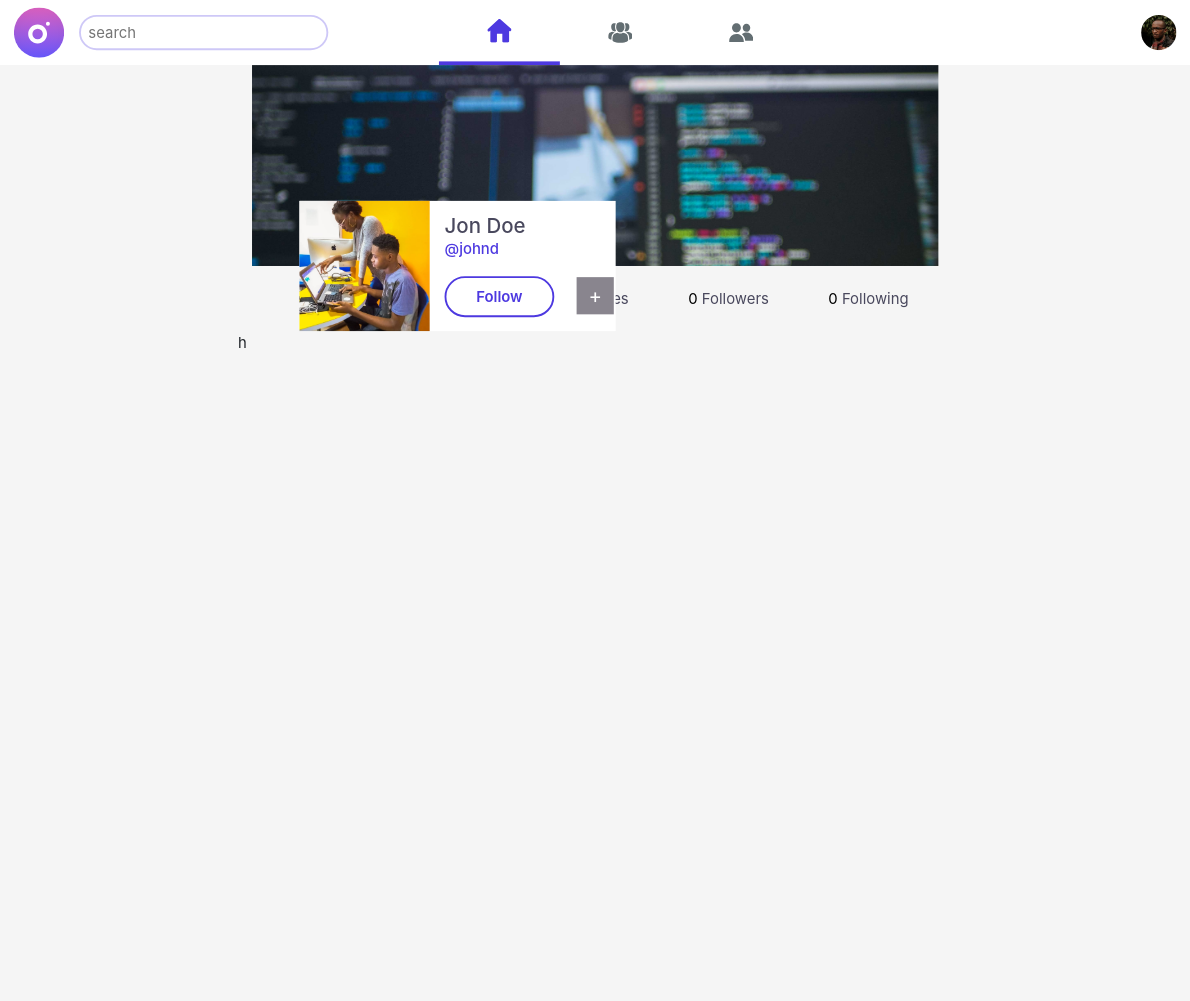
Repository: Flovet-stack/memic
Page: admin-profile.html
These files come from the project's save history. The page is drawn as it stood at one moment and after a run of saves; the edit follows.
The browser window is 1280 px wide. The pictures show the whole page, at 93% of full size.
Some web fonts or font styles are not loaded; a fallback is used.

Above is the page before, as saved 2020-10-28 00:01:59.
Console error: TypeError: Cannot read properties of undefined (reading 'fn')

### admin-profile.html
<!DOCTYPE html>
<html lang="en">
<head>
    <meta charset="UTF-8">
    <meta name="viewport" content="width=device-width, initial-scale=1.0">
    <link rel="icon" type="image/png" sizes="32x32" href="assets/images/faceit.svg">
    <!-- custom styles -->
    <link rel="stylesheet" href="css/home.css">
    <link rel="stylesheet" href="css/admin-profile.css">

    <!-- custom fonts -->
    <link rel="stylesheet" href="/usr/share/fonts/opentype/malayalam/Manjari-Regular.otf">

    <!-- bootstrap css styles -->
    <link rel="stylesheet" href="dist/css/bootstrap.min.css">
    <title>memes | Home</title>
</head>
<body>
    <!-- start of the home page design template -->

    <!-- start of the head section of the page -->
    <div class="home-head container-fluid">
        <div class="row">
            <div class="home-head-sec-1">
                <div class="logo"><img src="assets/images/faceit.svg" alt=""></div>
                <form>
                    <input data-toggle="tooltip" title="search" type="text" name="" id="" placeholder="search">
                </form>
            </div>
            <div class="home-head-sec-2">
                <a data-toggle="tooltip" title="Home" class="active" href="#">
                    <img class="primary-icon" src="assets/icons/house.svg" alt="">
                    <img class="secondary-icon" src="assets/icons/house-primary.svg" alt="">
                </a>
                <a data-toggle="tooltip" title="Groups" href="#">
                    <img class="primary-icon" src="assets/icons/user-group.svg" alt="">
                    <img class="secondary-icon" src="assets/icons/user-group-primary.svg" alt="">
                </a>
                <a data-toggle="tooltip" title="Friends" href="#">
                    <img class="primary-icon" src="assets/icons/friends.svg" alt="">
                    <img class="secondary-icon" src="assets/icons/friends-primary.svg" alt="">
                </a>
            </div>
            <div class="home-head-sec-3">
                <div class="user-menu">
                    <img src="assets/images/avatar.jpg" alt="">
                </div>
            </div>
        </div>
    </div>
    <!-- end of the head section of the page -->
    <!-- start of the body section of the page -->
    <div class="home-body container-fluid">
        <div class="row">
            <div class="home-center">
                <div class="container-fluid">
                    <div class="profile-card">
                        <div class="profile-cover" style="background: url(assets/images/kevin-ku-w7ZyuGYNpRQ-unsplash.jpg);">
                            <div class="profile-info">
                                <div class="profile-info-pic"><img src="assets/images/Pic.jpg" alt=""></div>
                                <div class="profile-info-details">
                                    <h3>Jon Doe</h3>
                                    <h5>@johnd</h5>
                                    <button class="follow-btn">Follow</button>
                                </div>
                            </div>
                            <button class="change-cover-btn">+</button>
                        </div>
                    <div class="profile-stat">
                        <div class="profile-stat-sub">
                            <div class="static-stat">
                                <span class="stat-value">0</span>
                                <span class="stat-name">Likes</span>
                            </div>
                            <div class="static-stat">
                                <span class="stat-value">0</span>
                                <span class="stat-name">Memes</span>
                            </div>
                            <div class="dynamic-stat">
                                <span class="stat-value">0</span>
                                <span class="stat-name">Followers</span>
                            </div>
                            <div class="dynamic-stat">
                                <span class="stat-value">0</span>
                                <span class="stat-name">Following</span>
                            </div>
                        </div>
                    </div>
                    </div>
                </div>
                <div style="height: 100vh;">h</div>
            </div>
        </div>
    </div>
    <!-- end of the head section of the page -->

    <!-- end of the home page design template -->

    <script src="dist/js/bootstrap.min.js"></script>
    <script src="https://code.jquery.com/jquery-3.5.1.slim.min.js"
        integrity="sha384-DfXdz2htPH0lsSSs5nCTpuj/zy4C+OGpamoFVy38MVBnE+IbbVYUew+OrCXaRkfj"
        crossorigin="anonymous"></script>
</body>
</html>

### css/admin-profile.css
.profile-card {
    width: 100%;
    height: auto;
}
.profile-cover {
    width: 100%;
    height: 30vh;
    background-color: blue;
    background-size: 100% !important;
    background-position: scroll !important;
}
.profile-info {
    width: 340px;
    height: 140px;
    background-color: var(--white);
    position: relative;
    top: 100%;
    transform: translate(15%, -50%);
    display: flex;
    /* border-radius: 70px; */
    /* border-top-right-radius: 70px;
    border-bottom-right-radius: 70px; */
}
.profile-info-pic {
    width: 140px;
    height: 140px;
    background-color: var(--secondary-color);
}
.profile-info-pic img {
    width: 100%;
    height: 100%;
    /* border-top-right-radius: var(--circular-radius);
    border-bottom-right-radius: var(--circular-radius); */
}
.profile-info-details {
    padding: var(--padding-2);
}
.profile-info-details h3 {
    color:var(--text-color);
    font-size: var(--font-size-4);
    line-height: 1;
}
.profile-info-details h5 {
    color:var(--secondary-color);
    font-size: var(--font-size-1);
    line-height: .7;
}
.profile-info-details .follow-btn {
    margin-top: var(--padding-2);
}
.change-cover-btn {
    width: 40px;
    height: 40px;
    position: relative;
    transform: translate(-50%, -50%);
    left: 50%;
    top: 50%;
    border: none;
    background-color: var(--dark-overlay);
    color: var(--white);
    font-size: 22px;
    transition-duration: var(--duration);
    outline: none !important;
}
.change-cover-btn:hover {
    background-color: #000;
    transition-duration: var(--duration);
}
.profile-stat {
    width: 100%;
    height: 70px;
    display: grid;
    align-items: center;
    justify-items: flex-end;
}
.profile-stat-sub {
    width: auto;
    height: auto;
    display: flex;
}
.profile-stat-sub div {
    margin: 0 var(--padding-3);
}
.profile-stat-sub .stat-value {
    color: #000;
}
.profile-stat-sub .stat-name {
    color: var(--text-color);
}

### css/main-styles.css
:root {
    /* color palette */
    --white: #fff;
    /* --white: #1e272e !important; */
    --white-shade-0: rgb(253, 253, 253);
    --white-shade-1: #f0f8ff;
    --white-shade-2: #ececec79;
    --white-shade-3: #d0d0d0;
    --border-color: #b2bec3;
    --primary-color: #636E72;
    /* --secondary-color: #6c5ce7; */
    --secondary-color: #4d39e0;
    --secondary-overlay: #4d39e046;
    /* --secondary-overlay: #6c5ce746; */
    --red: #d63031;
    /* --red: #970f3c; */
    --dark-overlay: rgba(10, 2, 19, 0.479);
    --transparent-overlay: #ebf6ff;
    --transparent-overlay-2: #d0d0d059;

    /* text-editing */
    --font-size-1: 16px;
    --font-size-2: 18px;
    --font-size-3: 20px;
    --font-size-4: 22px;
    --normal: 400;
    --light: 200;
    --thick: 600;
    --font-family: Manjari;
    --text-color: rgb(73, 72, 93);
    /* --text-color: #fff; */

    /* box-styling */
    --padding-1: .5rem;
    --padding-2: 1rem;
    --padding-3: 2rem;
    --border-radius: 50px;
    --circular-radius: 50%;
    --border: 2px solid var(--white-shade-2);

    /* animations */
    --duration: .5s;
}

body {
    box-sizing: border-box;
    font-family: var(--font-family);
    overflow-x: hidden;
    background-color: var(--white-shade-2) !important;
}
.row {
    margin-right: 0 !important;
    margin-left: 0 !important;
}
a {
    outline: none !important;
}
.follow-btn {
    border: 2px solid var(--secondary-color);
    background: var(--whi);
    padding: var(--padding-1) var(--padding-3);
    border-radius: var(--border-radius);
    color: var(--secondary-color);
    transition-duration: var(--duration);
    font-weight: 600;
    outline: none !important;
}
.follow-btn:hover {
    background-color: var(--secondary-color);
    color: var(--white);
    transition-duration: var(--duration);
}

### css/user-card.css
/* start of the user card styling */
.user-card {
    width: 150px;
    height: 50px;
    display: flex;
    color: var(--white);
    text-decoration: none;
    border-radius: var(--border-radius);
    transition-duration: var(--duration);
}
.user-card:hover {
    text-decoration: none;
    background-color: var(--transparent-overlay-2);
    transition-duration: var(--duration);
}
.user-card-pic {
    width: 50px;
    height: 50px;
    border-radius: var(--circular-radius);
    background-repeat: no-repeat !important;
    background-position: center !important;
    background-size: cover !important;
}
.user-card-detail {
    width: auto;
    height: 50px;
    padding-left: var(--padding-1);
    color: var(--text-color);
    display: grid;
    align-content: center;
}
.username {
    font-size: var(--font-size-2);
    font-weight: 600;
}
.card-time {
    font-size: var(--font-size-1);
    color: var(--secondary-color);
}
/* end of the user card styling */

### css/post-card.css
.post-card {
    width: 80%;
    margin: var(--padding-2) auto;
    background-color: var(--white);
    border-radius: var(--border-radius);
    padding: var(--padding-2) 0;
    /* background-color: var(--transparent-overlay); */
    background-color: var(--white);
    border: var(--border);
}
.post-card .user-card {
    margin-left: var(--padding-2);
}
/* .post-card .user-card:hover {
    background-color: var(--secondary-overlay);
} */
.post-card img {
    width: 100%;
}
.post-img {
    transform: scale(.97);
    border-radius: var(--border-radius) !important;
    background-color: var(--transparent-overlay);
}
.post-card-footer {
    margin-top: var(--padding-1);
    padding: 0 var(--padding-2);
    width: 100%;
    display: flex;
    height: auto;
}
.react,
.actions {
    width: 50%;
    height: 50px;
    display: grid;
    align-items: center;
}
.react-sub,
.actions-sub {
    width: 100%;
    height: 100%;
    display: flex;
    text-align: left;
}
.actions-sub {
    flex-direction: row-reverse;
}
.actions-sub a {
    flex-direction: row-reverse;
    margin-right: 0 !important;
    margin-left: var(--padding-1) !important;
}
.react-sub a,
.actions-sub a {
    width: 50px;
    height: 50px;
    background-color: transparent;
    margin-right: var(--padding-1);
    display: flex;
    align-items: center;
    justify-content: center;
    border-radius: var(--circular-radius);
}
.react-sub a img,
.actions-sub a img {
    width: 60%;
    height: auto;
    padding: 0 !important;
    transition-duration: var(--duration);
    border-radius: none !important;
}
.react-sub a:hover,
.actions-sub a:hover {
    background-color: var(--secondary-overlay);
    transition-duration: var(--duration);
}
.react-sub .dislike img{
    transform: rotatez(180deg) !important;
}
.share-options {
    height: auto;
    /* width: 0px; */
    width: calc((30px * 4) + ((var(--padding-1) * 2) * 6));
    background-color: var(--white);
    border-radius: var(--border-radius);
    padding:  var(--padding-1);
    /* box-shadow: 4px 4px 10px 3px var(--white-shade-2); */
    position: absolute;
    /* left: 100px; */
    margin-top: -60px;
    /* margin-left: 200px; */
    transform: scale(.9);
    transition-duration: 1s;
}
.share-options ul {
    width: auto;
    padding: 0 !important;
    margin: 0 !important;
}
.share-options li {
    width: auto;
    display: inline-block;
}
.share-options a{
    padding: var(--padding-1);
    /* background-color: red; */
}
.share-options a:hover {
    background-color: transparent;
}
.share-options a img{
    width: 30px;
    height: 30px;
    padding: .2rem !important;
    transition-duration: var(--duration);
}
.share-options a img:hover {
    transform: scale(1.3);
    transition-duration: var(--duration);
}
.share-icon {
    transition-duration: 1s
}
.share-icon:hover ~ .share-options {
    transition-duration: 1s;
    transform: scale(1);
}

.comment-section {
    width: 100%;
    padding: 0 var(--padding-2);
}
.comment-section h4 {
    font-size: var(--font-size-1);
    color: var(--text-color);
    font-weight: 600;
    margin-bottom: var(--padding-2);
}
.comment-form {
    display: flex;
    justify-content: space-between;
    margin-bottom: var(--padding-3);
}
.comment-form img {
    width: 50px;
    height: 50px;
    padding: 0 !important;
    border-radius: var(--circular-radius);
    margin-right: var(--padding-2);
}
.comment-form textarea {
    width: 75%;
    height: 50px;
    outline: none;
    font-size: var(--font-size-2);
    color: var(--text-color);
    padding: var(--padding-1) var(--padding-2);
    border: 1px solid var(--white);
    border-radius: var(--border-radius);
    transition-duration: var(--duration);
    margin-right: var(--padding-1);
    background-color: var(--white-shade-2);
}
.comment-form textarea:hover {
    border: 1px solid var(--secondary-overlay);
    transition-duration: var(--duration);
}
.comment-form textarea:focus {
    border: 1px solid var(--secondary-overlay);
    background-color: var(--white);
    transition-duration: var(--duration);
}
.comment-form button {
    outline: none !important;
    background-color: var(--secondary-overlay);
    border: none;
    border-radius: var(--circular-radius);
    color: var(--white);
    transition-duration: var(--duration);
}
.comment-form button:hover {
    outline: none;
    background-color: var(--secondary-color);
    transition-duration: var(--duration);
}
.comment {
    width: 95%;
    margin: 0 auto;
    height: auto;
    /* border-bottom: var(--border); */
}
.comment .user-card {
    margin: 0 !important;
}
.comment .user-card-pic {
    width: 30px;
    height: 30px;
    margin-top: 10px;
}
.comment .username {
    font-size: var(--font-size-1);
    line-height: .5;
}
.comment .card-time {
    font-size: calc(var(--font-size-1) - 2px) !important;
    /* line-height: .5; */
}
.comment .comment-content p {
    width: auto;
    height: auto;
    color: var(--text-color);
    margin: 0 calc(var(--padding-1) * 7);
    background-color: var(--white-shade-1);
    padding: var(--padding-1) var(--padding-3);
    border-radius: var(--border-radius);

    /* line-height: 5px; */
}
.comment .comment-like {
    height: 20px;
    font-size: calc(var(--font-size-1) - 2px);
    padding: 0 var(--padding-1);
    border-radius: var(--border-radius);
    position: relative;
    border: none;
    outline: none;
    /* bottom: 100%; */
    left: calc(100% - ((var(--padding-1) * 7) + 1.5rem));
    background-color: var(--secondary-color);
    color: var(--white);
    transition-duration: var(--duration);
    transform: translateY(-125%);
    display: flex;
    align-items: center;
    justify-content: center;
}
.comment .comment-like:hover {
    padding: 0 calc(var(--padding-1) + .1rem);
    transition-duration: var(--duration);
    background-color: var(--secondary-overlay);
}
.comment .comment-like img {
    width: 15px;
    height: 15px;
    margin-left: .3rem;
    transform: translateY(-1.5px);
}

/* @media (min-width: 768px) {
}

@media (min-width: 992px) {
}

@media (min-width: 1200px) {
} */

Loaded but not shown: dist/css/bootstrap.min.css (library); dist/js/bootstrap.min.js (library); css/home.css (475 lines, source omitted)

After the next 2 saves:
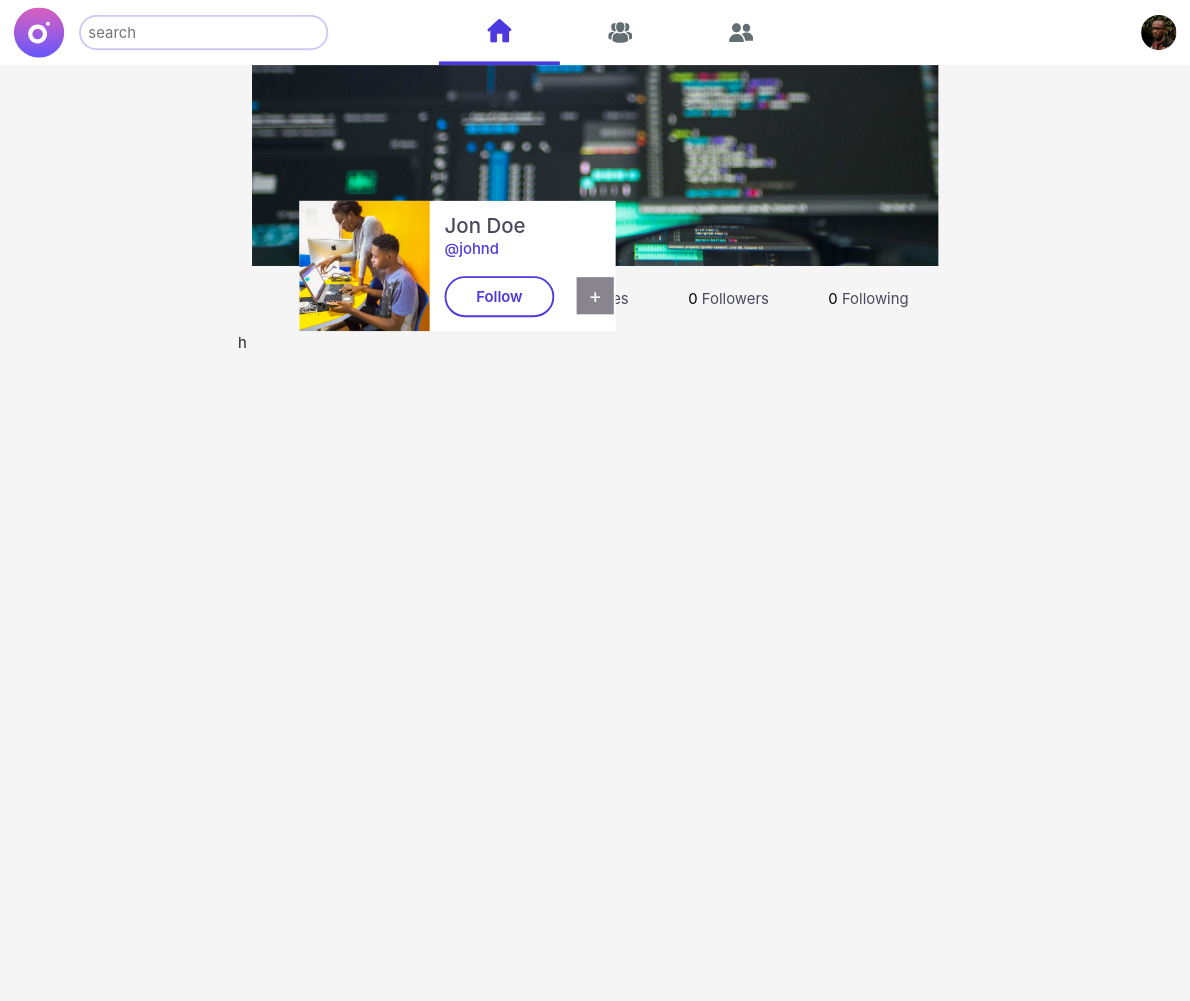
The 2 saves are shown as one change because they came seconds apart.
The last was saved 39 s later.
--- a/css/admin-profile.css
+++ b/css/admin-profile.css
@@ -7,7 +7,8 @@
     height: 30vh;
     background-color: blue;
     background-size: 100% !important;
-    background-position: scroll !important;
+    background-position: center !important;
+    background-attachment: scroll;
 }
 .profile-info {
     width: 340px;
